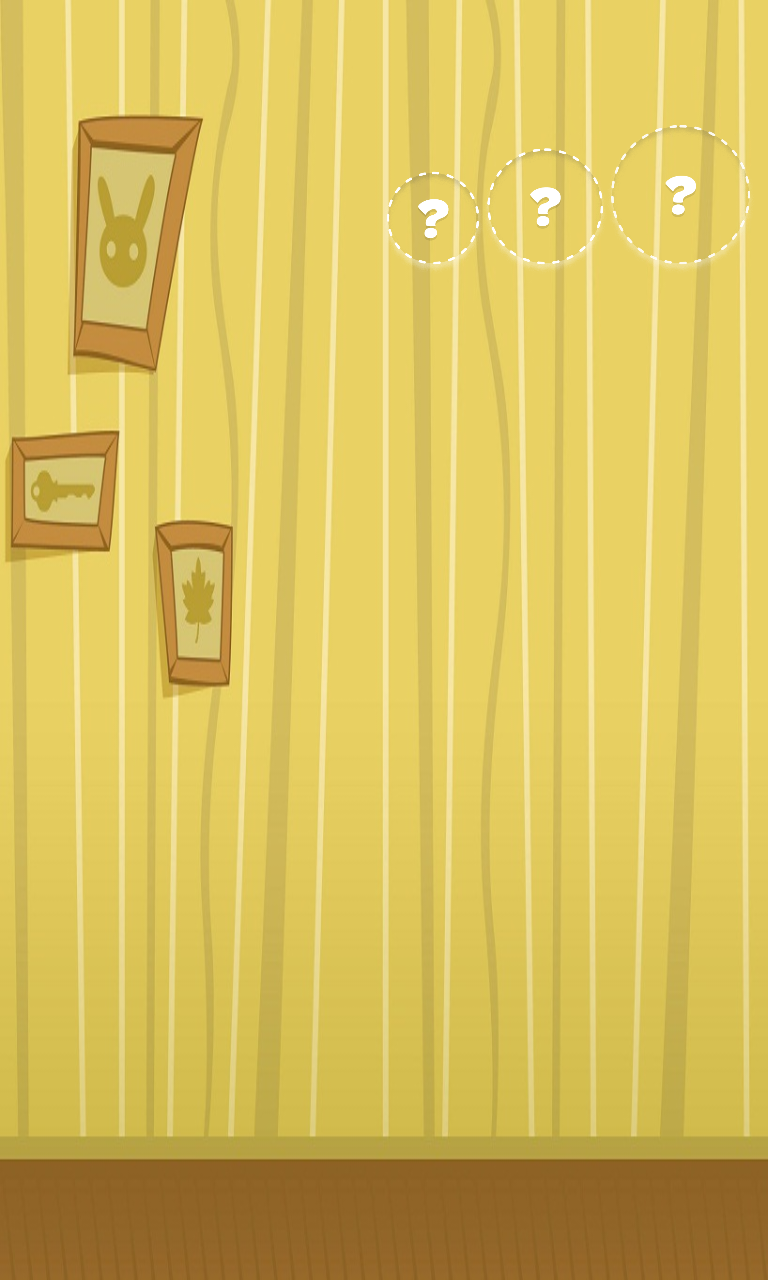
Repository: DimaPetrov/android
Layout: newapp/res/layout/puzzleback.xml
The author's editor kept a copy of each file at every save. The layout is drawn from the files as they stood at one save, then again after the next save.
It is drawn on a 768 x 1280 px phone screen (xhdpi) without system bars, with theme AppTheme; the app's code is not run.

Above is the layout before, as saved 2012-10-24 08:29:43.

After the next save:
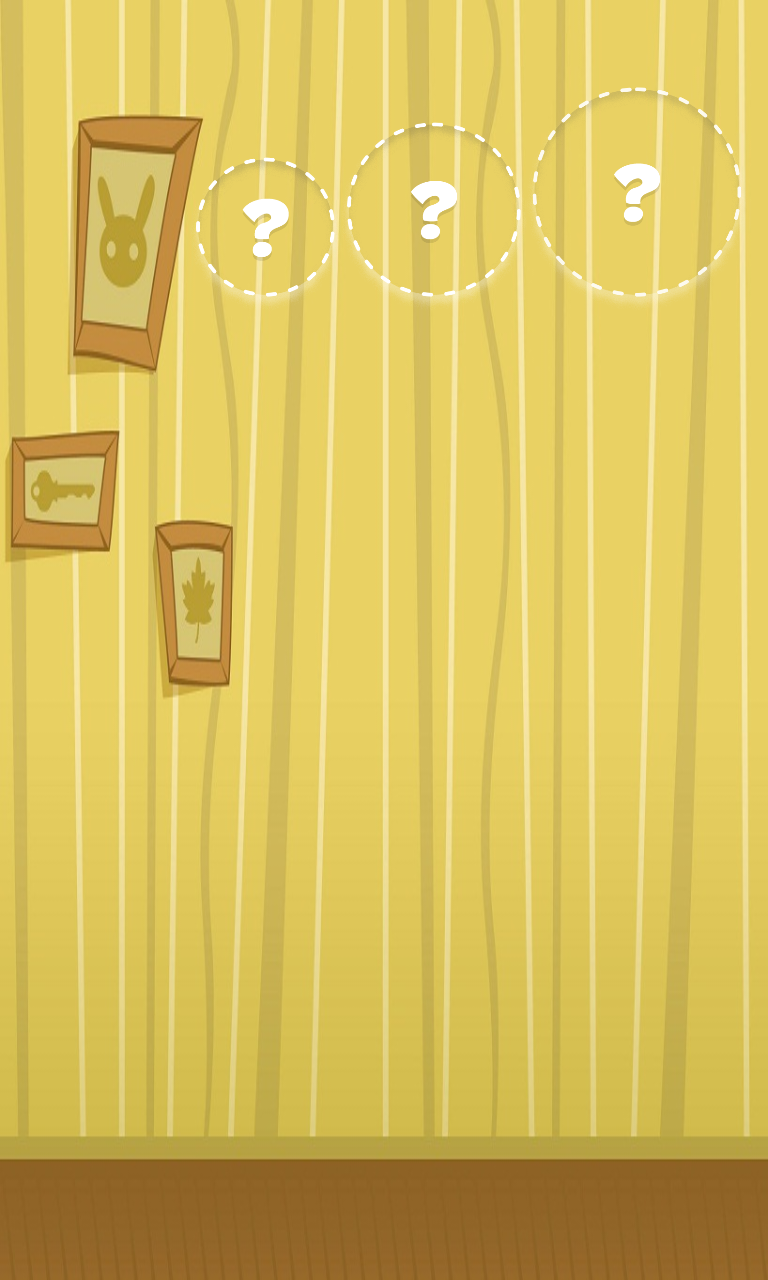
Saved 7 s later.
--- a/newapp/res/layout/puzzleback.xml
+++ b/newapp/res/layout/puzzleback.xml
@@ -15,7 +15,7 @@
 
     <ImageView
         android:id="@+id/imageView1"
-        android:layout_width="200dp"
+        android:layout_width="300dp"
         android:layout_height="200dp"
         android:layout_alignParentRight="true"
         android:layout_alignParentTop="true"
